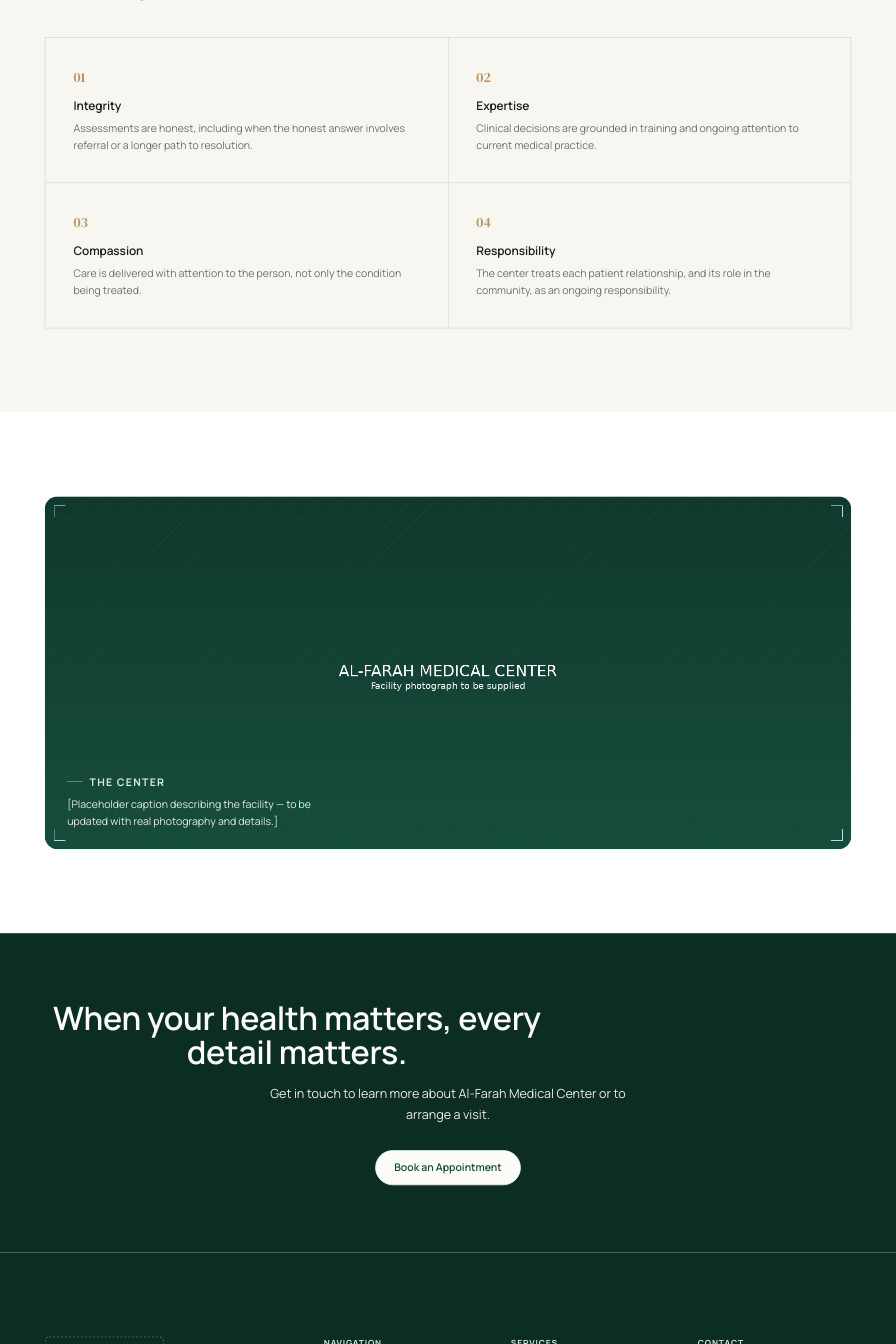
Repository: mraeesaziz45/al-farah
Page: about.html
The author's editor kept a copy of each file at every save. The page is drawn from the files as they stood at one save, then again after the next save.
The browser window is 1280 px wide. The pictures show the part of the page from y = 1853 to 3773 px (the page is 4104 px tall), at 70% of full size.

Above is the page before, as saved 2026-09-08 18:32:47.

### about.html
<!DOCTYPE html>
<html lang="en">
<head>
<meta charset="UTF-8">
<meta name="viewport" content="width=device-width, initial-scale=1.0">
<title>About Us — Al-Farah Medical Center</title>
<meta name="description" content="Learn about the history, values, and facility of Al-Farah Medical Center.">
<meta property="og:title" content="About Us — Al-Farah Medical Center">
<meta property="og:description" content="Built on trust. Growing through responsibility.">
<meta property="og:type" content="website">
<link rel="preconnect" href="https://fonts.googleapis.com">
<link rel="preconnect" href="https://fonts.gstatic.com" crossorigin>
<link href="https://fonts.googleapis.com/css2?family=Manrope:wght@400;500;600;700&family=DM+Serif+Display:ital@0;1&display=swap" rel="stylesheet">
<link rel="stylesheet" href="css/style.css">
</head>
<body>
<a href="#main" class="skip-link">Skip to content</a>

<header class="site-header">
  <div class="container header-inner">
    <a href="index.html" class="logo-link">
      <img src="assets/logo/logo-placeholder.svg" alt="Al-Farah Medical Center" width="180" height="52">
    </a>
    <nav class="main-nav" aria-label="Primary">
      <a href="index.html">Home</a>
      <a href="services.html">Services</a>
      <a href="team.html">Team</a>
      <a href="about.html" aria-current="page">About</a>
      <a href="contact.html">Contact</a>
    </nav>
    <div class="header-actions">
      <a href="contact.html" class="btn btn-primary header-cta-desktop">Book an Appointment</a>
      <button class="menu-toggle" aria-expanded="false" aria-controls="mobileMenu" aria-label="Open menu">
        <span class="bar"></span>
      </button>
    </div>
  </div>
</header>

<div class="mobile-menu" id="mobileMenu">
  <div class="mobile-menu-top">
    <img src="assets/logo/logo-placeholder.svg" alt="Al-Farah Medical Center" width="150" height="44">
    <button class="mobile-menu-close" aria-label="Close menu">
      <svg viewBox="0 0 24 24" fill="none" stroke="currentColor" stroke-width="1.6"><line x1="5" y1="5" x2="19" y2="19"/><line x1="19" y1="5" x2="5" y2="19"/></svg>
    </button>
  </div>
  <nav class="mobile-nav" aria-label="Mobile">
    <a href="index.html">Home</a>
    <a href="services.html">Services</a>
    <a href="team.html">Team</a>
    <a href="about.html" aria-current="page">About</a>
    <a href="contact.html">Contact</a>
  </nav>
  <div class="mobile-menu-cta">
    <a href="contact.html" class="btn btn-primary">Book an Appointment</a>
  </div>
</div>

<main id="main">

  <section class="page-hero bg-cream">
    <div class="container">
      <p class="eyebrow" data-reveal>About Us</p>
      <h1 class="page-heading h1" data-reveal>Built on trust. Growing through responsibility.</h1>
      <p class="body-lg muted" data-reveal>Al-Farah Medical Center began as a small practice and has grown around a simple principle: care that is competent, honest, and attentive to the person receiving it.</p>
    </div>
  </section>

  <section class="section bg-white">
    <div class="container story-layout">
      <div data-reveal>
        <div class="story-marker">
          <span class="est">Est.</span>
          <span class="year">20XX</span>
        </div>
      </div>
      <div class="story-text" data-reveal>
        <p class="body-lg">[Placeholder institutional history — the founding story of Al-Farah Medical Center, including the circumstances of its establishment and its early years of practice, to be supplied by the clinic.]</p>
        <p class="body-lg">[Placeholder paragraph — how the clinic's services expanded over time, including the addition of diagnostic imaging, laboratory work, and specialist referral.]</p>
        <p class="body-lg">[Placeholder paragraph — the clinic's role within the local community and its approach to patient relationships over the years.]</p>
      </div>
    </div>
  </section>

  <section class="ceo-message bg-forest">
    <div class="container">
      <div class="ceo-message-inner" data-reveal>
        <div class="ceo-message-media">
          <img src="assets/images/ceo-portrait-placeholder.jpg" alt="Portrait of the Founder and Director" width="200" height="200" loading="lazy" decoding="async">
        </div>
        <p class="serif-statement">"Our goal is simple: to provide people with medical care that is competent, compassionate, and worthy of their trust."</p>
        <div class="hero-attribution">
          <span class="name">Dr. [CEO Name]</span>
          <span class="role">Founder &amp; Director</span>
        </div>
      </div>
    </div>
  </section>

  <section class="section bg-cream">
    <div class="container">
      <div class="section-head" data-reveal>
        <p class="eyebrow">Our Values</p>
        <h2 class="h2">What guides the practice.</h2>
      </div>
      <div class="values-grid" data-reveal-group>
        <div class="value-item" data-reveal>
          <span class="value-num">01</span>
          <h3 class="h4">Integrity</h3>
          <p>Assessments are honest, including when the honest answer involves referral or a longer path to resolution.</p>
        </div>
        <div class="value-item" data-reveal>
          <span class="value-num">02</span>
          <h3 class="h4">Expertise</h3>
          <p>Clinical decisions are grounded in training and ongoing attention to current medical practice.</p>
        </div>
        <div class="value-item" data-reveal>
          <span class="value-num">03</span>
          <h3 class="h4">Compassion</h3>
          <p>Care is delivered with attention to the person, not only the condition being treated.</p>
        </div>
        <div class="value-item" data-reveal>
          <span class="value-num">04</span>
          <h3 class="h4">Responsibility</h3>
          <p>The center treats each patient relationship, and its role in the community, as an ongoing responsibility.</p>
        </div>
      </div>
    </div>
  </section>

  <section class="section bg-white">
    <div class="container">
      <div class="facility-media" data-reveal>
        <img src="assets/images/facility-placeholder.jpg" alt="Al-Farah Medical Center facility, placeholder photograph" width="1600" height="700" loading="lazy" decoding="async">
        <div class="facility-caption">
          <p class="eyebrow">The Center</p>
          <p>[Placeholder caption describing the facility — to be updated with real photography and details.]</p>
        </div>
      </div>
    </div>
  </section>

  <section class="cta-band bg-forest-deep">
    <div class="container">
      <h2 class="h2" data-reveal>When your health matters, every detail matters.</h2>
      <p class="body-lg" data-reveal>Get in touch to learn more about Al-Farah Medical Center or to arrange a visit.</p>
      <div class="cta-row" data-reveal>
        <a href="contact.html" class="btn btn-primary">Book an Appointment</a>
      </div>
    </div>
  </section>

</main>

<footer class="site-footer">
  <div class="container footer-grid">
    <div>
      <img src="assets/logo/logo-placeholder-light.svg" alt="Al-Farah Medical Center" class="footer-logo" width="170" height="50">
      <p class="footer-about">Al-Farah Medical Center provides trusted medical care with an emphasis on expertise, dignity, and patient-centered service.</p>
    </div>
    <div class="footer-col">
      <p class="footer-col-title">Navigation</p>
      <ul>
        <li><a href="index.html">Home</a></li>
        <li><a href="services.html">Services</a></li>
        <li><a href="team.html">Team</a></li>
        <li><a href="about.html">About</a></li>
        <li><a href="contact.html">Contact</a></li>
      </ul>
    </div>
    <div class="footer-col">
      <p class="footer-col-title">Services</p>
      <ul>
        <li><a href="services.html#radiology">Radiology</a></li>
        <li><a href="services.html#consultation">Consultation</a></li>
        <li><a href="services.html#laboratory">Diagnostics</a></li>
        <li><a href="services.html#specialist">Specialist Care</a></li>
      </ul>
    </div>
    <div class="footer-col">
      <p class="footer-col-title">Contact</p>
      <ul>
        <li>[Clinic Address Placeholder]</li>
        <li>[Phone Number Placeholder]</li>
        <li>[Email Address Placeholder]</li>
        <li>[Opening Hours Placeholder]</li>
      </ul>
    </div>
  </div>
  <div class="container footer-bottom">
    <p>&copy; 2026 Al-Farah Medical Center</p>
    <div class="footer-legal">
      <a href="#">Privacy Policy</a>
      <a href="#">Terms</a>
    </div>
  </div>
</footer>

<script src="js/main.js"></script>
</body>
</html>

Loaded but not shown: js/main.js (276 lines, source omitted); css/style.css (1057 lines, source omitted)

After the next save:
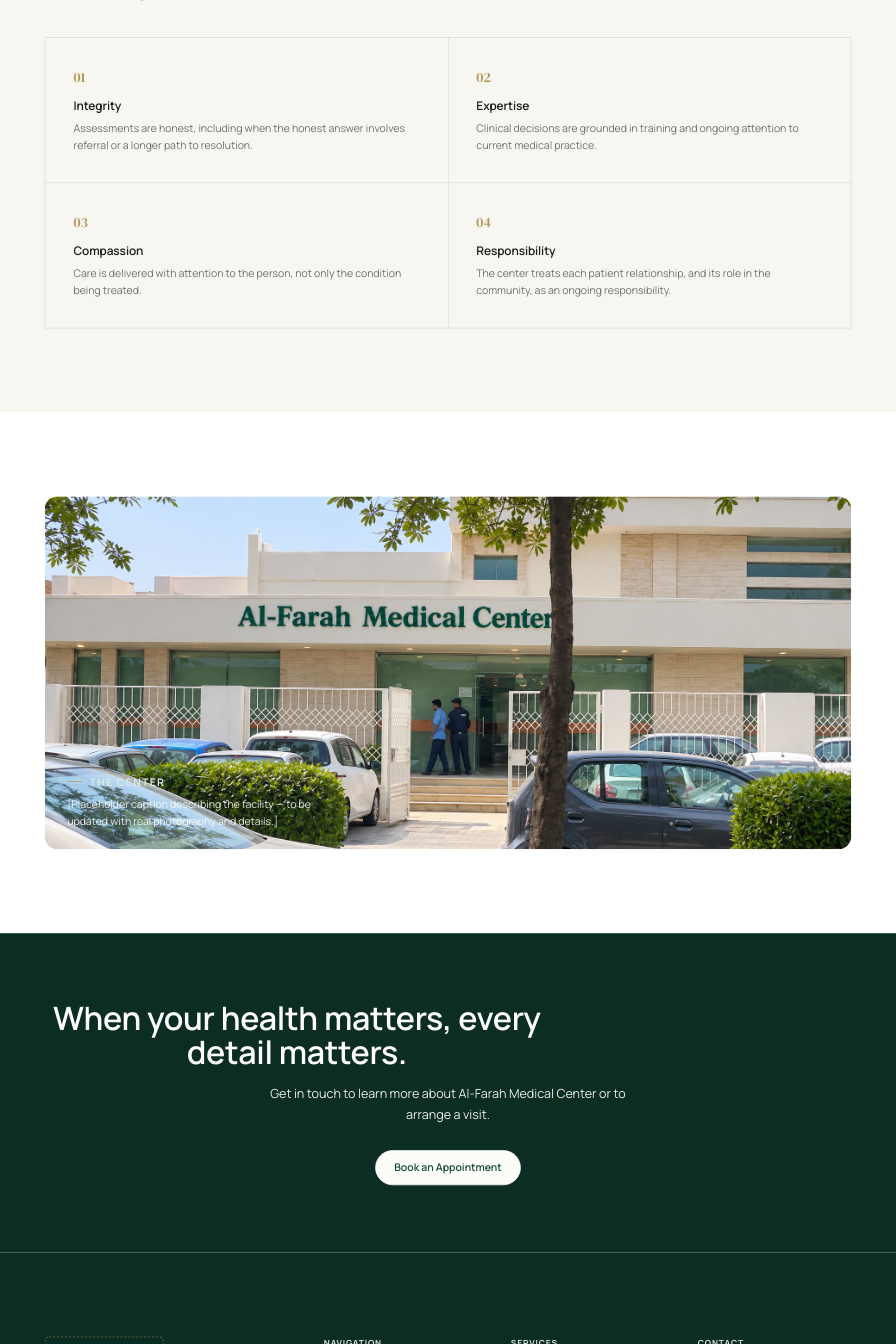
Saved 12 s later.
--- a/about.html
+++ b/about.html
@@ -131,7 +131,7 @@
   <section class="section bg-white">
     <div class="container">
       <div class="facility-media" data-reveal>
-        <img src="assets/images/facility-placeholder.jpg" alt="Al-Farah Medical Center facility, placeholder photograph" width="1600" height="700" loading="lazy" decoding="async">
+        <img src="assets/images/facade.png" alt="Al-Farah Medical Center facility, placeholder photograph" width="1600" height="700" loading="lazy" decoding="async">
         <div class="facility-caption">
           <p class="eyebrow">The Center</p>
           <p>[Placeholder caption describing the facility — to be updated with real photography and details.]</p>
